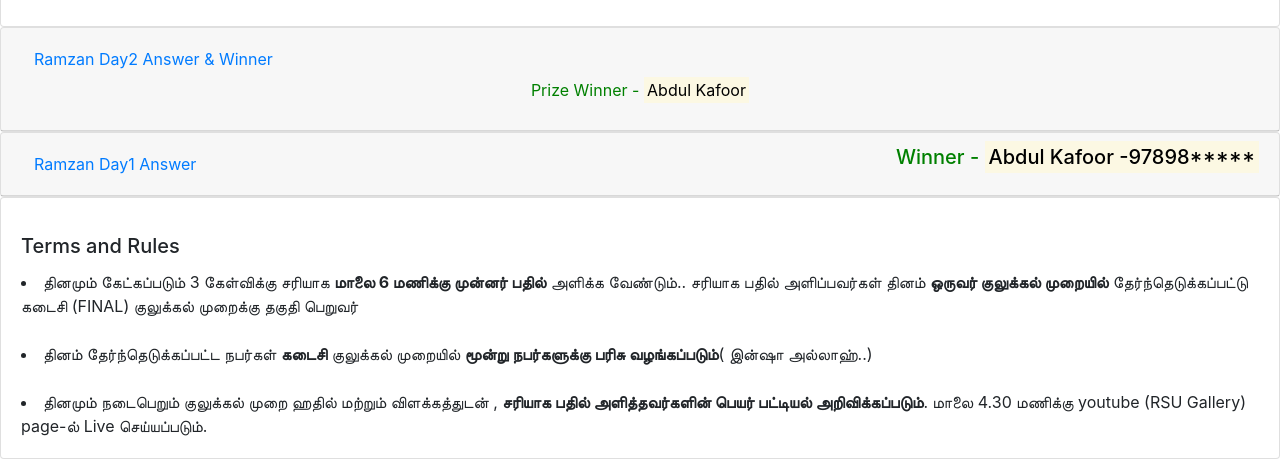
Repository: rsusolutions/RSU-Website
Page: quiz/results.html
An editor plug-in stored every save of this project. The page is shown before and after the next save, followed by the edit.
The browser window is 1280 px wide. The pictures show the part of the page from y = 892 to 1351 px (the page is 1351 px tall before and 1089 px after).
Some web libraries are served in a nearby version.

Above is the page before, as saved 2020-04-21 20:58:46.

### quiz/results.html
<!doctype html>
<html lang="en">
  <head>
    <!-- Required meta tags -->
    <meta charset="utf-8">
    <meta name="viewport" content="width=device-width, initial-scale=1, shrink-to-fit=no">

    <!-- Bootstrap CSS -->
    <link rel="stylesheet" href="https://maxcdn.bootstrapcdn.com/bootstrap/4.0.0/css/bootstrap.min.css" integrity="sha384-Gn5384xqQ1aoWXA+058RXPxPg6fy4IWvTNh0E263XmFcJlSAwiGgFAW/dAiS6JXm" crossorigin="anonymous">
    <link rel="stylesheet" href="style.css">
    <script src="script.js"></script>

    <title>quiz</title>
  </head>
  <body>
    <h1>Ramzan Quiz- win Prizes</h1>

    <div id="accordion">
  <div class="card">
    <div class="card-header" id="headingOne">
      <h5 class="mb-0">
        <button class="btn btn-link" data-toggle="collapse" data-target="#collapseOne" aria-expanded="true" aria-controls="collapseOne">
          Ramzan Day3 Questions
        </button>

        <span id="the-final-countdown" style="color: red;" class="float-right"></span>

      </h5>
    </div>

    <div id="collapseOne" class="collapse show" aria-labelledby="headingOne" data-parent="#accordion">
      <div class="card-body">
        <iframe src="https://docs.google.com/forms/d/e/1FAIpQLSd6UtygYL3RCOFx44gQwIOitrrmlKy3ZG4qlwYZ9wipGIknxw/viewform?embedded=true" width="640" height="752" frameborder="0" marginheight="0" marginwidth="0">Loading…</iframe>
      </div>
    </div>
  </div>
  <div class="card">
    <div class="card-header" id="headingTwo">
      <h5 class="mb-0">
        <button class="btn btn-link collapsed" data-toggle="collapse" data-target="#collapseTwo" aria-expanded="false" aria-controls="collapseTwo">
          Ramzan Day2 Answer & Winner
        </button>

      </h5>
      <p style="color: green; text-align: center;">Prize Winner - <mark>Abdul Kafoor </p>
    </div>
    <div id="collapseTwo" class="collapse" aria-labelledby="headingTwo" data-parent="#accordion">
      <div class="card-body">
       <div class="card" style="">
          <p></mark></p>
          <div class="card-body">
            <h5 class="card-title">1. Question 1</h5>
            <p class="card-text"><span>&#9989;</span> A) Some quick example text to build on the card title and make up the bulk of the card's content.</p>
            <p class="card-text">B) Some quick example text to build on the card title and make up the bulk of the card's content.</p>
            <p class="card-text">C) Some quick example text to build on the card title and make up the bulk of the card's content.</p>
            <p class="card-text">D) Some quick example text to build on the card title and make up the bulk of the card's content.</p>

            <div class="card-header">
    Correct Answers
  </div>
  <ul class="list-group list-group-flush">
    <li class="list-group-item">Kafoor</li>
    <li class="list-group-item">Abdul</li>
    <li class="list-group-item">abdul</li>
  </ul>
          </div>
        </div>
      </div>
    </div>
  </div>
  <div class="card">
    <div class="card-header" id="headingThree">
      <h5 class="mb-0">
        <button class="btn btn-link collapsed" data-toggle="collapse" data-target="#collapseThree" aria-expanded="false" aria-controls="collapseThree">
          Ramzan Day1 Answer
        </button>
        <span style="color: green;" class="float-right">Winner - <mark>Abdul Kafoor -97898*****</span>
      </h5>
    </div>
    <div id="collapseThree" class="collapse" aria-labelledby="headingThree" data-parent="#accordion">
      <div class="card-body">
        <div class="card" style="">
          <p></mark></p>
          <div class="card-body">
            <h5 class="card-title">1. Question 1</h5>
            <p class="card-text"><span>&#9989;</span> A) Some quick example text to build on the card title and make up the bulk of the card's content.</p>
            <p class="card-text">B) Some quick example text to build on the card title and make up the bulk of the card's content.</p>
            <p class="card-text">C) Some quick example text to build on the card title and make up the bulk of the card's content.</p>
            <p class="card-text">D) Some quick example text to build on the card title and make up the bulk of the card's content.</p>
          </div>
        </div>
      </div>
    </div>
  </div>
</div>

<div class="card" style="">
          <p></mark></p>
          <div class="card-body">
            <h5 class="card-title">Terms and Rules</h5>
            <li class="card-text"> தினமும் கேட்கப்படும் 3 கேள்விக்கு சரியாக <b>மாலை 6 மணிக்கு முன்னர் பதில்</b> அளிக்க வேண்டும்.. சரியாக பதில் அளிப்பவர்கள் தினம் <b>ஒருவர் குலுக்கல் முறையில்</b> தேர்ந்தெடுக்கப்பட்டு கடைசி (FINAL) குலுக்கல் முறைக்கு தகுதி பெறுவர்</li><br>
            <li class="card-text"> தினம் தேர்ந்தெடுக்கப்பட்ட நபர்கள் <b>கடைசி</b> குலுக்கல் முறையில் <b>மூன்று நபர்களுக்கு பரிசு வழங்கப்படும்</b>( இன்ஷா அல்லாஹ்..)</li><br>
            <li class="card-text"> தினமும் நடைபெறும் குலுக்கல் முறை ஹதில் மற்றும் விளக்கத்துடன் , <b>சரியாக பதில் அளித்தவர்களின் பெயர் பட்டியல் அறிவிக்கப்படும்</b>. மாலை 4.30 மணிக்கு youtube (RSU Gallery) page-ல் Live செய்யப்படும்.</li>

          </div>
        </div>



    <!-- Optional JavaScript -->
    <!-- jQuery first, then Popper.js, then Bootstrap JS -->
    <script src="https://code.jquery.com/jquery-3.2.1.slim.min.js" integrity="sha384-KJ3o2DKtIkvYIK3UENzmM7KCkRr/rE9/Qpg6aAZGJwFDMVNA/GpGFF93hXpG5KkN" crossorigin="anonymous"></script>
    <script src="https://cdnjs.cloudflare.com/ajax/libs/popper.js/1.12.9/umd/popper.min.js" integrity="sha384-ApNbgh9B+Y1QKtv3Rn7W3mgPxhU9K/ScQsAP7hUibX39j7fakFPskvXusvfa0b4Q" crossorigin="anonymous"></script>
    <script src="https://maxcdn.bootstrapcdn.com/bootstrap/4.0.0/js/bootstrap.min.js" integrity="sha384-JZR6Spejh4U02d8jOt6vLEHfe/JQGiRRSQQxSfFWpi1MquVdAyjUar5+76PVCmYl" crossorigin="anonymous"></script>
  </body>
</html>

### quiz/style.css
@import url(https://fonts.googleapis.com/css?family=Lato:100,400);
/* #the-final-countdown {
  background: #333;
  font-family: 'Lato', sans-serif;
  text-align: center;
  color: #eee;
  text-shadow: 1px 1px 5px black;
  padding: 1rem 0;
  font-size: 3rem;
  border: 1px solid #000;
} */

### quiz/script.js
setInterval(function time() {
    var d = new Date();
    var hours = 18 - d.getHours();
    var min = 60 - d.getMinutes();
    if ((min + "").length == 1) {
        min = "0" + min;
    }
    var sec = 60 - d.getSeconds();
    if ((sec + "").length == 1) {
        sec = "0" + sec;
    }
    if(hours<0||min<0||sec<0){
        jQuery("#the-final-countdown").text("Time Up");
    }
    else{

        jQuery("#the-final-countdown").text("Time Left "+hours + ":" + min + ":" + sec);
    }
}, 1000);

After the next save:
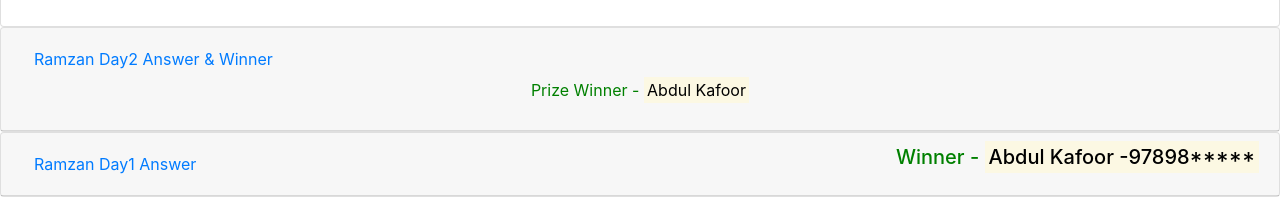
Saved 39 s later.
--- a/quiz/results.html
+++ b/quiz/results.html
@@ -94,17 +94,6 @@
   </div>
 </div>
 
-<div class="card" style="">
-          <p></mark></p>
-          <div class="card-body">
-            <h5 class="card-title">Terms and Rules</h5>
-            <li class="card-text"> தினமும் கேட்கப்படும் 3 கேள்விக்கு சரியாக <b>மாலை 6 மணிக்கு முன்னர் பதில்</b> அளிக்க வேண்டும்.. சரியாக பதில் அளிப்பவர்கள் தினம் <b>ஒருவர் குலுக்கல் முறையில்</b> தேர்ந்தெடுக்கப்பட்டு கடைசி (FINAL) குலுக்கல் முறைக்கு தகுதி பெறுவர்</li><br>
-            <li class="card-text"> தினம் தேர்ந்தெடுக்கப்பட்ட நபர்கள் <b>கடைசி</b> குலுக்கல் முறையில் <b>மூன்று நபர்களுக்கு பரிசு வழங்கப்படும்</b>( இன்ஷா அல்லாஹ்..)</li><br>
-            <li class="card-text"> தினமும் நடைபெறும் குலுக்கல் முறை ஹதில் மற்றும் விளக்கத்துடன் , <b>சரியாக பதில் அளித்தவர்களின் பெயர் பட்டியல் அறிவிக்கப்படும்</b>. மாலை 4.30 மணிக்கு youtube (RSU Gallery) page-ல் Live செய்யப்படும்.</li>
-
-          </div>
-        </div>
-
 
 
     <!-- Optional JavaScript -->
